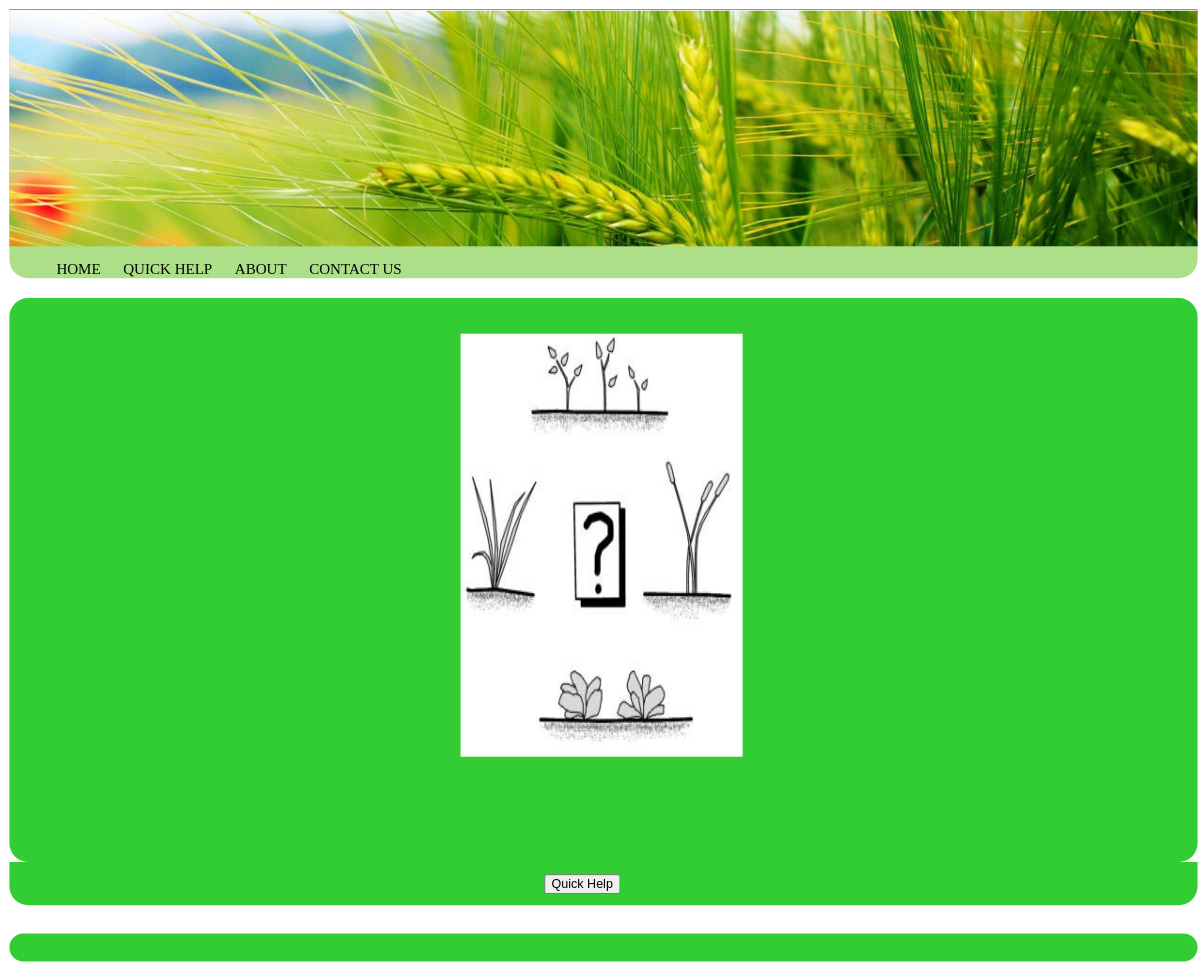
Repository: shivamtyagi1234/FarmoFriend
Page: http://localhost/FarmoFriend/
These files come from the project's save history. The page is drawn as it stood at one moment and after the next save; the edit follows.
The browser window is 1280 px wide. The pictures show the whole page, at 94% of full size.
The page is served by Tomcat 9. Other server files are loaded and not shown.

Above is the page before, as saved 2019-11-03 06:56:17.

### FarmoFriend/WebContent/home.jsp
<%@ page language="java" contentType="text/html; charset=ISO-8859-1"
    pageEncoding="ISO-8859-1"%>
<!DOCTYPE html PUBLIC "-//W3C//DTD HTML 4.01 Transitional//EN" "http://www.w3.org/TR/html4/loose.dtd">
<html>
<head>
<meta http-equiv="Content-Type" content="text/html; charset=ISO-8859-1">
<title>home</title>

<style type="text/css">
#main
{
width: 100%;
height: 100%;
border: 2px solid white;
}
#homeHead
{
background-color: #ACDF87;
border-radius:0px 0px 20px 20px;
}
#blank1
{
width: 100%;
height: 5px;
}
#homeBody
{
background-color: limegreen;
border-top:2px solid;
width: 100%;
height: 600px;
border: 2px;
border-color:limegreen;
border-radius:20px 20px 20px 20px;
}
#homeBody img
{
height:450px;
width:300px;
padding-left: 38%;
padding-top: 3%;
}
#vote
{
border:2px;
border-color: limegreen;
padding-top:1%;
padding-left: 45%;
padding-bottom:1%;
background-color: limegreen;
border-radius:0px 0px 20px 20px;
}
#blank2
{
width: 100%;
height:30px;
}
</style>
</head>
<body >
<div id="main">
<div id="homeHead">
<jsp:include page="header.jsp"></jsp:include>
</div>
<div id="blank1"></div>
<div id="homeBody">
<img alt="home1" src="images\crop selection.jpg" >
<br>
</div>
<div id="vote">
<a href="voterLogin.jsp"><button>Quick Help</button></a>
</div>
<div id="blank2"></div>
<div id="homeFoot">
<jsp:include page="footer.jsp"></jsp:include>
</div>
</div>
</body>
</html>

### FarmoFriend/WebContent/header.jsp
<%@ page language="java" contentType="text/html; charset=ISO-8859-1"
    pageEncoding="ISO-8859-1"%>
<!DOCTYPE html PUBLIC "-//W3C//DTD HTML 4.01 Transitional//EN" "http://www.w3.org/TR/html4/loose.dtd">
<head>
<meta http-equiv="Content-Type" content="text/html; charset=ISO-8859-1">
<title>result</title>
<style>
#header
{
height: 25%;
width: 100%;


}
#header ul
{
list-style-type: none;
}
#header ul li
{
display: inline;

padding: 10px;
}
#header ul li a
{
text-decoration: none;
color: black;
}
</style>
</head>
<body>
<div id="header">
	<img src="images\head.png" width="100%">
	<ul>
	<li><a href="home.jsp">HOME</a></li>
	<li><a href="registration.jsp">QUICK HELP</a></li>
	<li><a href="voterLogin.jsp">ABOUT</a></li>
	<li><a href="result.jsp">CONTACT US</a></li>
</ul>
</div>
</body>
</html>

### FarmoFriend/WebContent/footer.jsp
<%@ page language="java" contentType="text/html; charset=ISO-8859-1"
    pageEncoding="ISO-8859-1"%>
<!DOCTYPE html PUBLIC "-//W3C//DTD HTML 4.01 Transitional//EN" "http://www.w3.org/TR/html4/loose.dtd">
<html>
<head>
<meta http-equiv="Content-Type" content="text/html; charset=ISO-8859-1">

<title>FOOTER</title>
<style type="text/css">
#footer
{
width: 100%;
height: 30px;
background-color: limegreen;
border-radius:20px 20px 20px 20px;
}
</style>
</head>
<body>
<div id="footer">

</div>
</body>
</html>

After the next save:
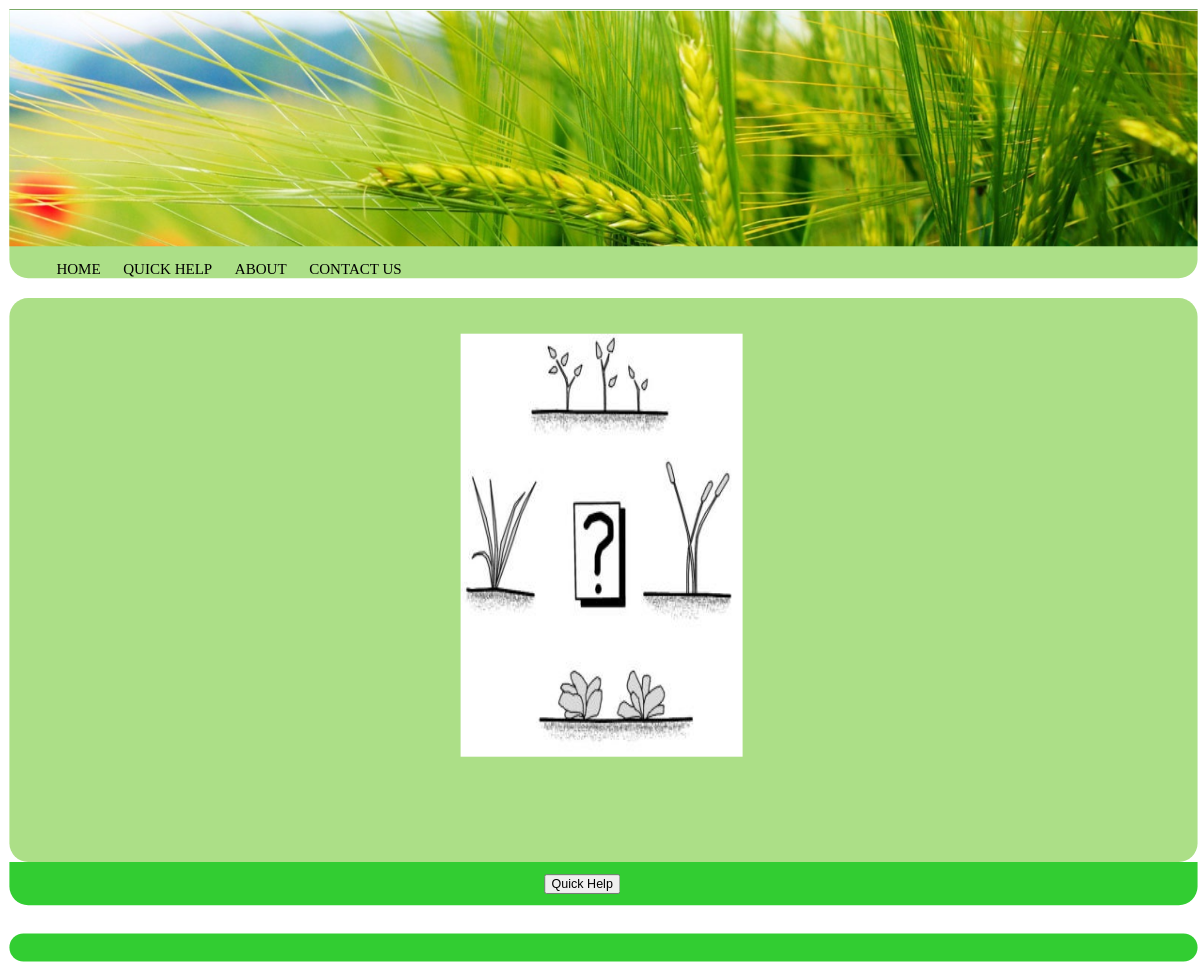
Saved 23 s later.
--- a/FarmoFriend/WebContent/home.jsp
+++ b/FarmoFriend/WebContent/home.jsp
@@ -25,7 +25,7 @@ height: 5px;
 }
 #homeBody
 {
-background-color: limegreen;
+background-color: #ACDF87;
 border-top:2px solid;
 width: 100%;
 height: 600px;
